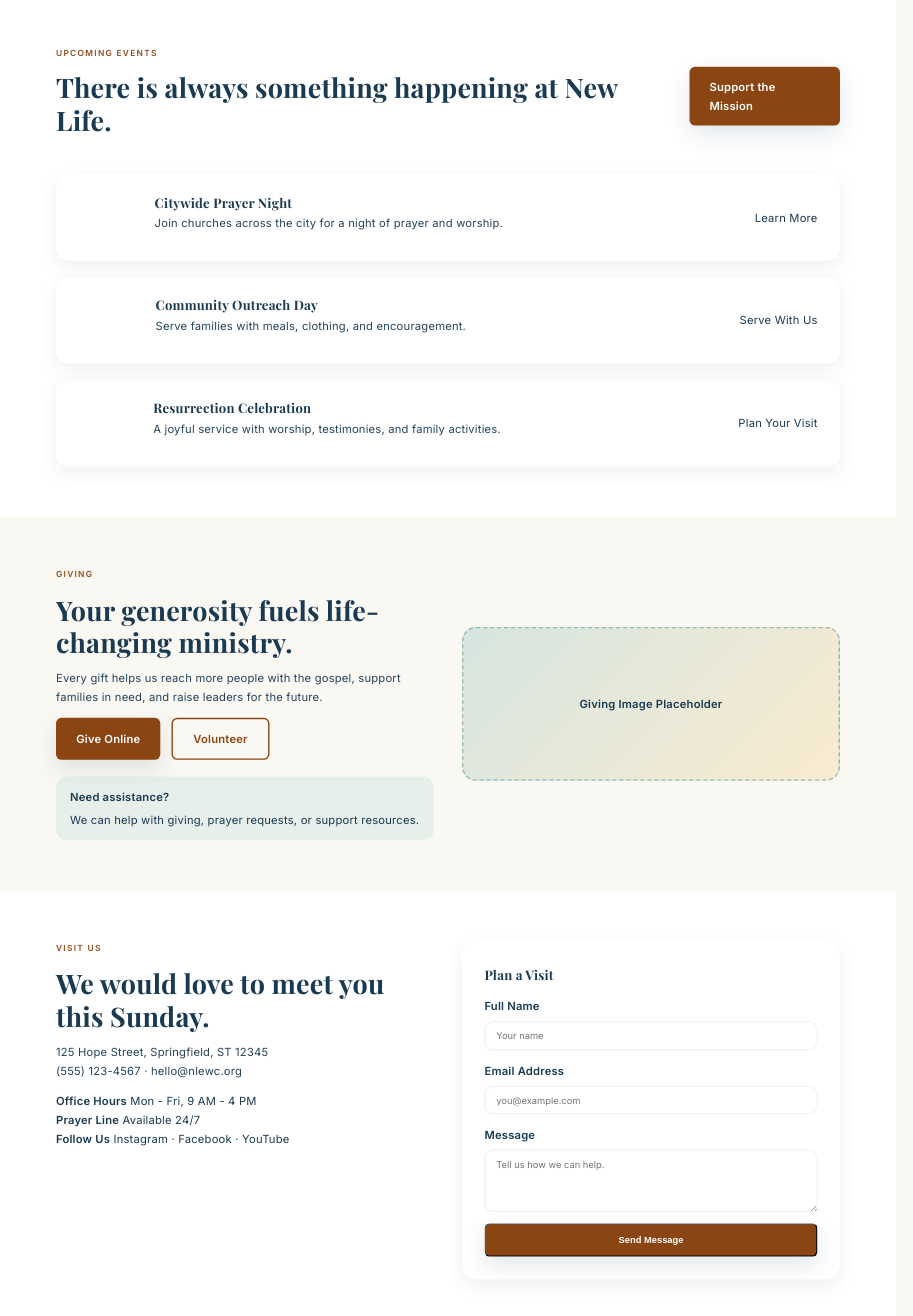
Repository: bilaal441/church
Page: index.htm
These files come from the project's save history. The page is drawn as it stood at one moment and after the next save; the edit follows.
The browser window is 1280 px wide. The page is 1304 px wide, so the pictures cover 1304 px, including what lies to the right of the window. The pictures show the part of the page from y = 3368 to 5248 px (the page is 5656 px tall before and 5704 px after), at 70% of full size.

Above is the page before, as saved 2026-01-19 22:10:28.

After the next save:
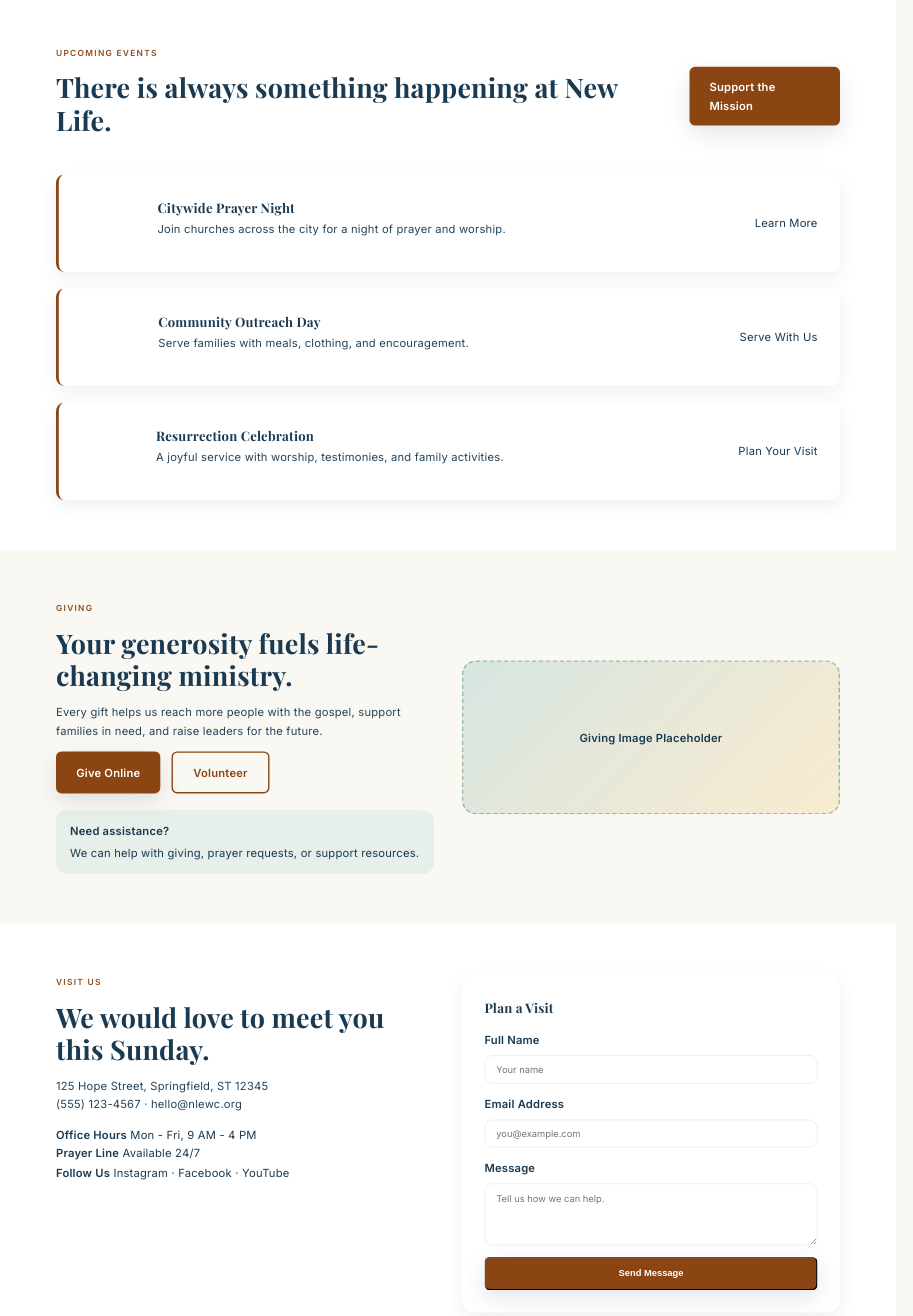
Saved 4 s later.
--- a/style.css
+++ b/style.css
@@ -378,10 +378,11 @@
   grid-template-columns: auto 1fr auto;
   gap: 1.5rem;
   background: var(--white);
-  padding: 1.5rem 2rem;
-  border-radius: 18px;
+  padding: 2rem;
+  border-radius: 12px;
   align-items: center;
   box-shadow: var(--shadow);
+  border-left: 4px solid var(--burgundy);
 }
 
 .event-date {
